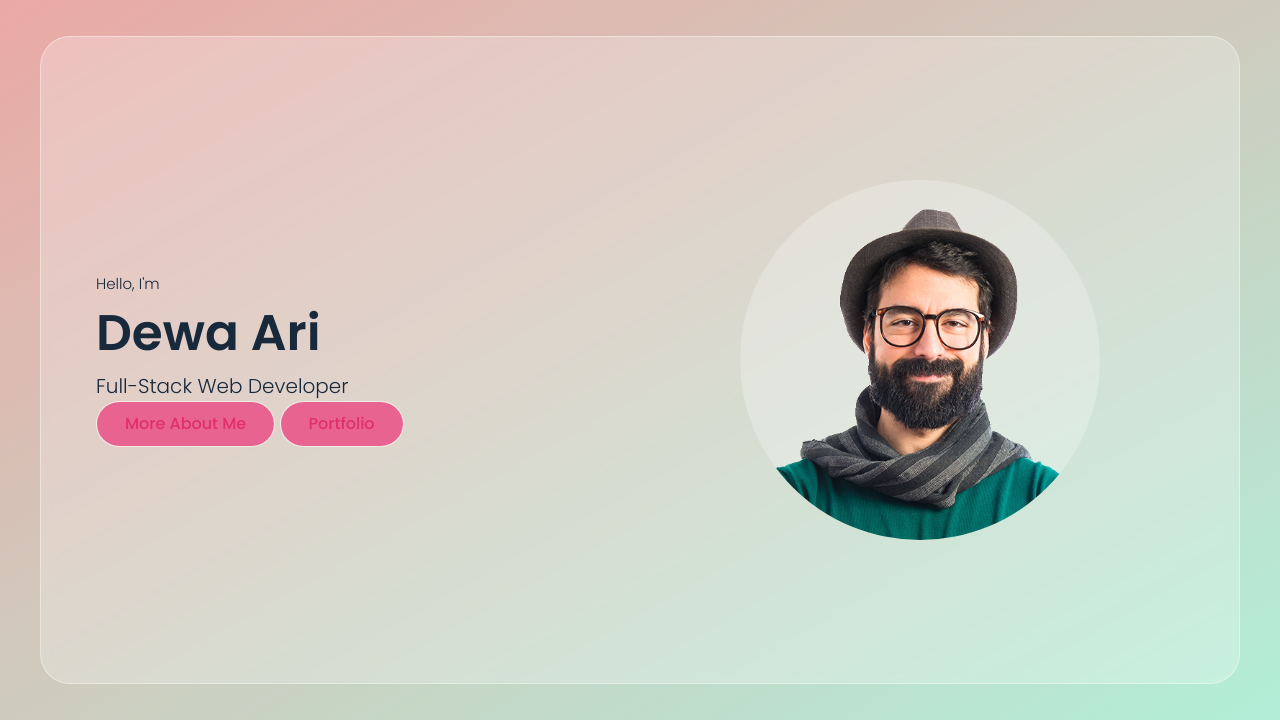
Repository: dewaary/Glassmorp-me
Page: index.html
The author's editor kept a copy of each file at every save. The page is drawn from the files as they stood at one save, then again after the next save.
The browser window is 1280 px wide. The pictures show the whole page.

Above is the page before, as saved 2021-05-12 22:35:12.

After the next save:
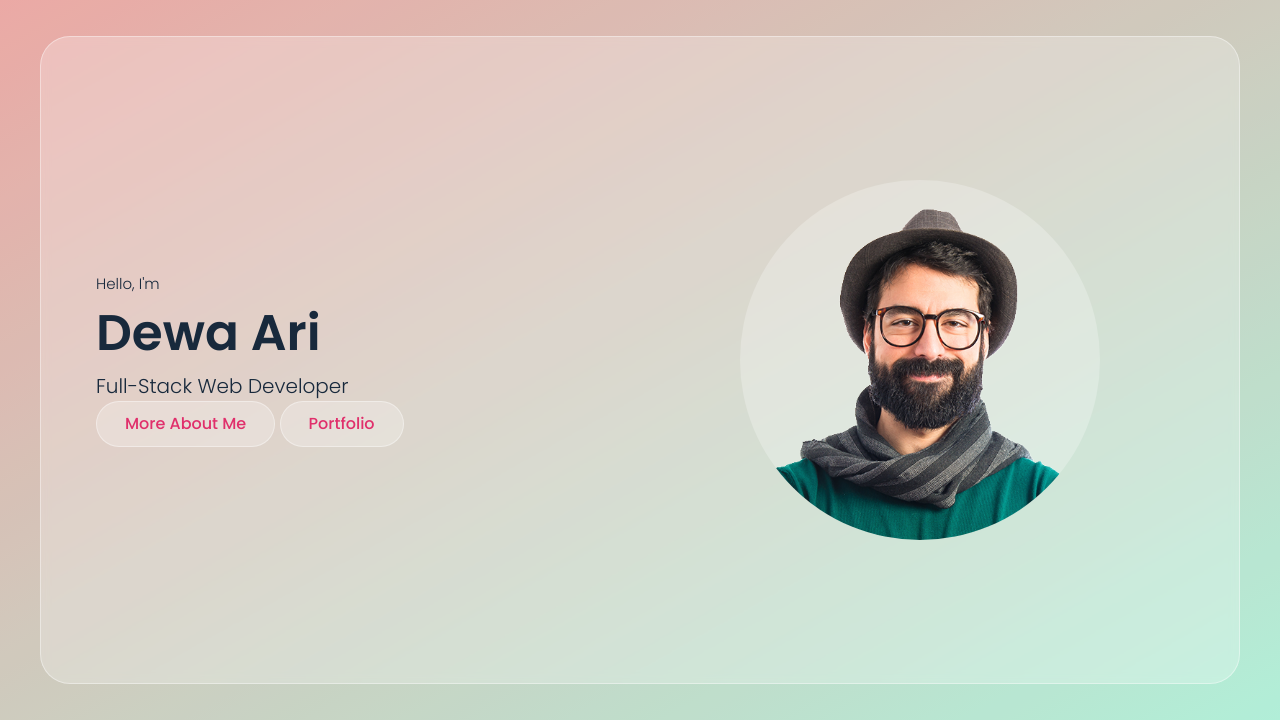
Saved 20 s later.
--- a/style.css
+++ b/style.css
@@ -132,7 +132,7 @@ Buttons */
     left: 0;
     top: 0;
     height: 100%;
-    width: 100%;
+    width: 0%;
     background-color: var(--main-color);
     z-index: -1;
     transition: width 0.3s ease;
